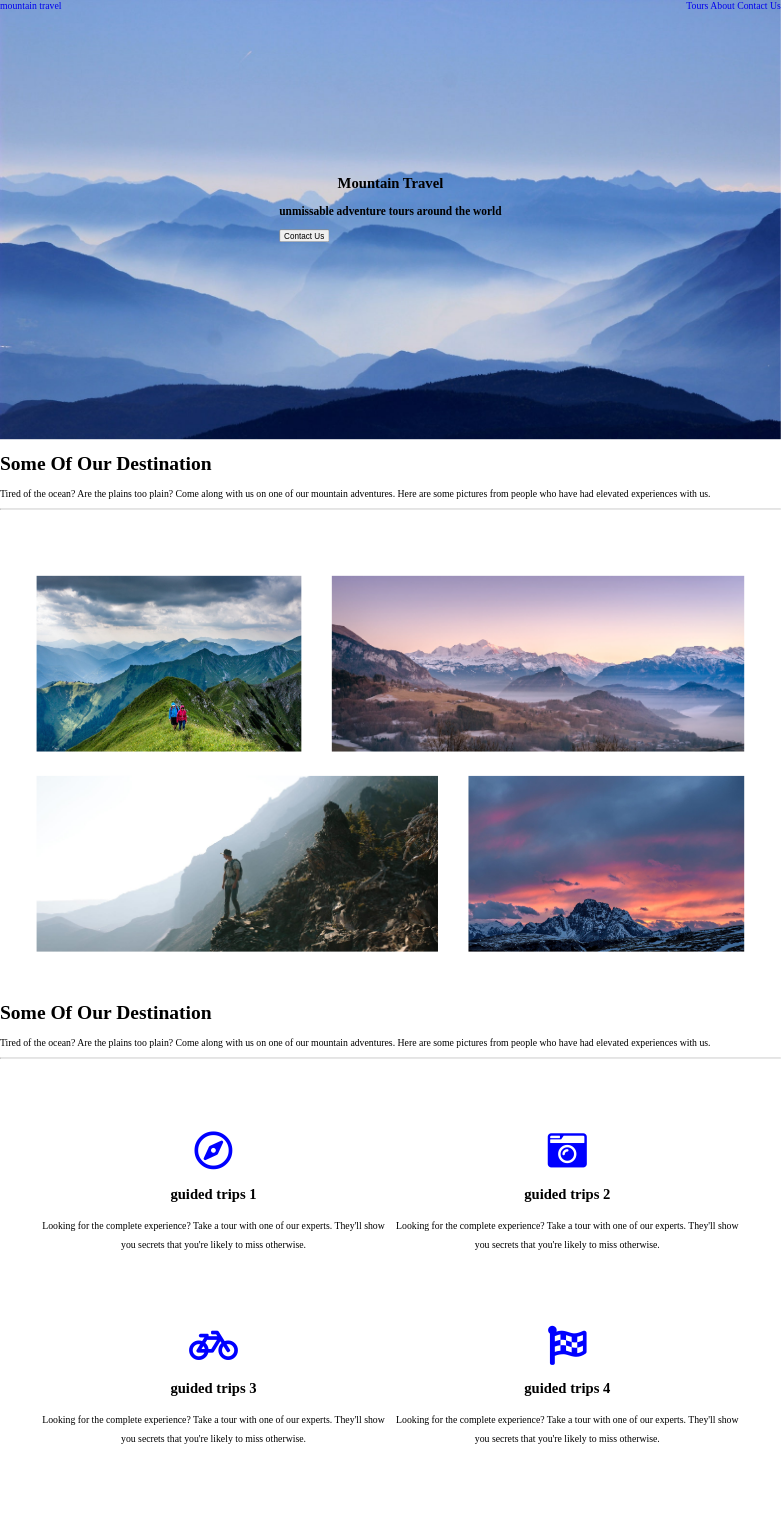
Repository: Einsteiniumeinsteinian/Advanced-CSS
Page: css-project-starter-code/index.html
The author's editor kept a copy of each file at every save. The page is drawn from the files as they stood at one save, then again after a run of saves.
The browser window is 1280 px wide. The pictures show the whole page, at 61% of full size.
Some web libraries are served in a nearby version.

Above is the page before, as saved 2021-08-15 19:42:37.

After the next 4 saves:
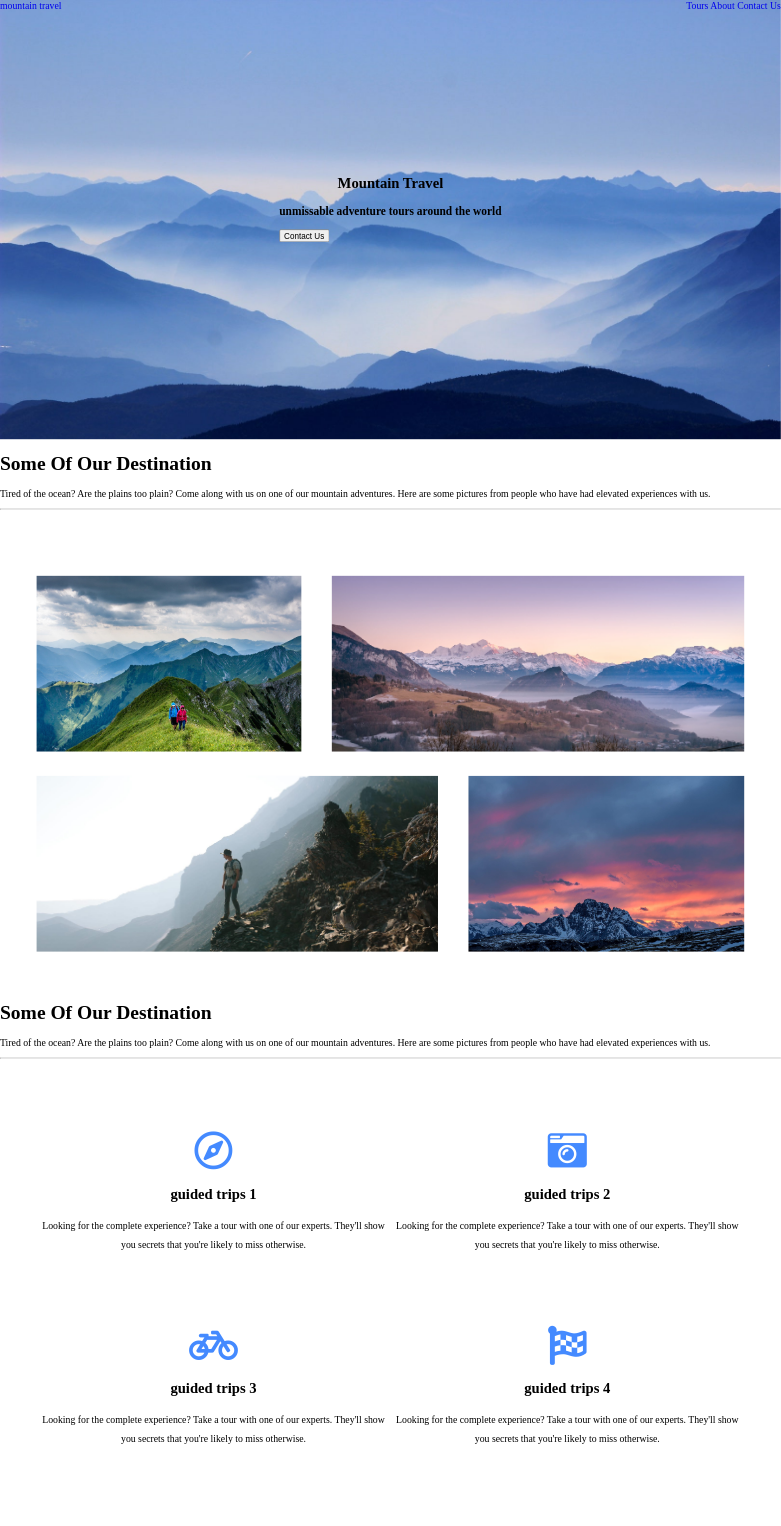
The 4 saves are shown as one change because they came seconds apart.
The last was saved 15 min 37 s later.
--- a/css-project-starter-code/assets/css/styles.css
+++ b/css-project-starter-code/assets/css/styles.css
@@ -73,5 +73,5 @@ flex-grow: 1;
 }
 i{
     font-size: 4em;
-    color: blue;
+    color: #448AFF;
 }
